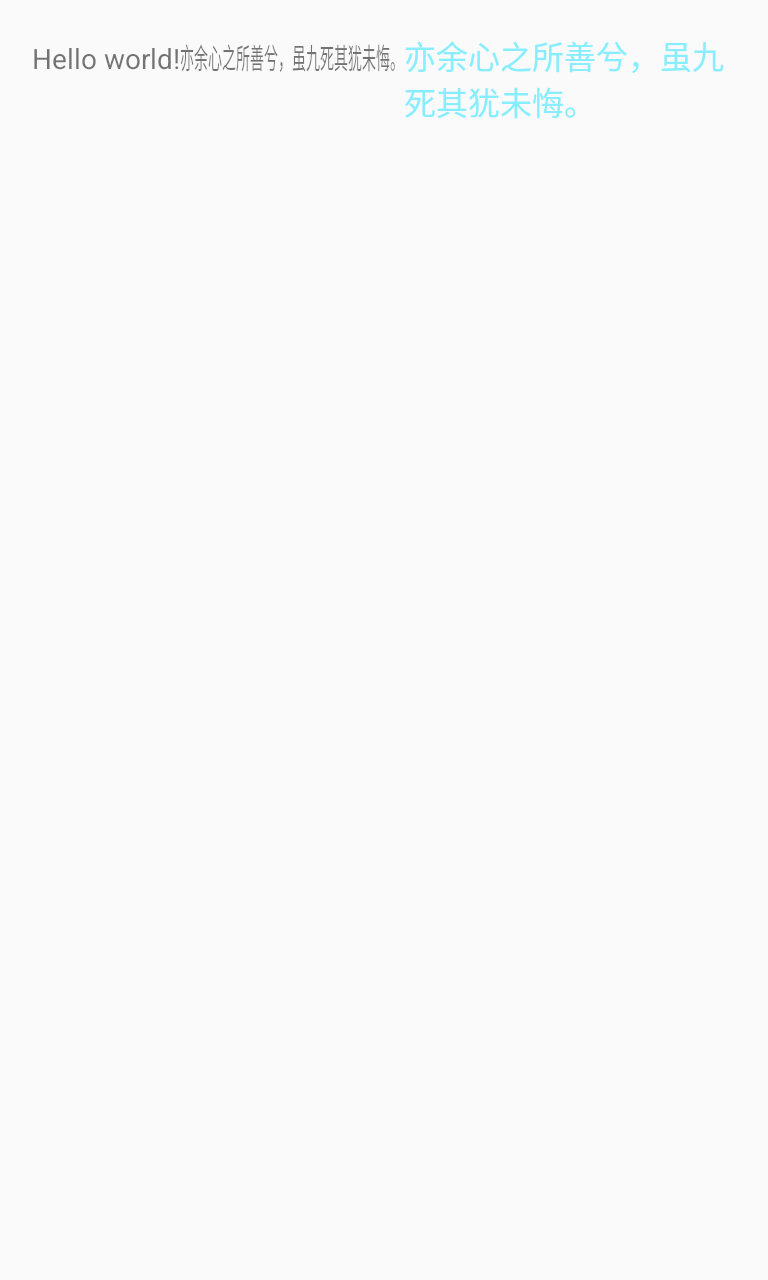
Repository: duhei/cici
Layout: GitHubFrist/res/layout/activity_main.xml
The author's editor kept a copy of each file at every save. The layout is drawn from the files as they stood at one save, then again after the next save.
It is drawn on a 768 x 1280 px phone screen (xhdpi) without system bars, with theme AppTheme; the app's code is not run.

Above is the layout before, as saved 2015-07-10 07:31:55.

After the next save:
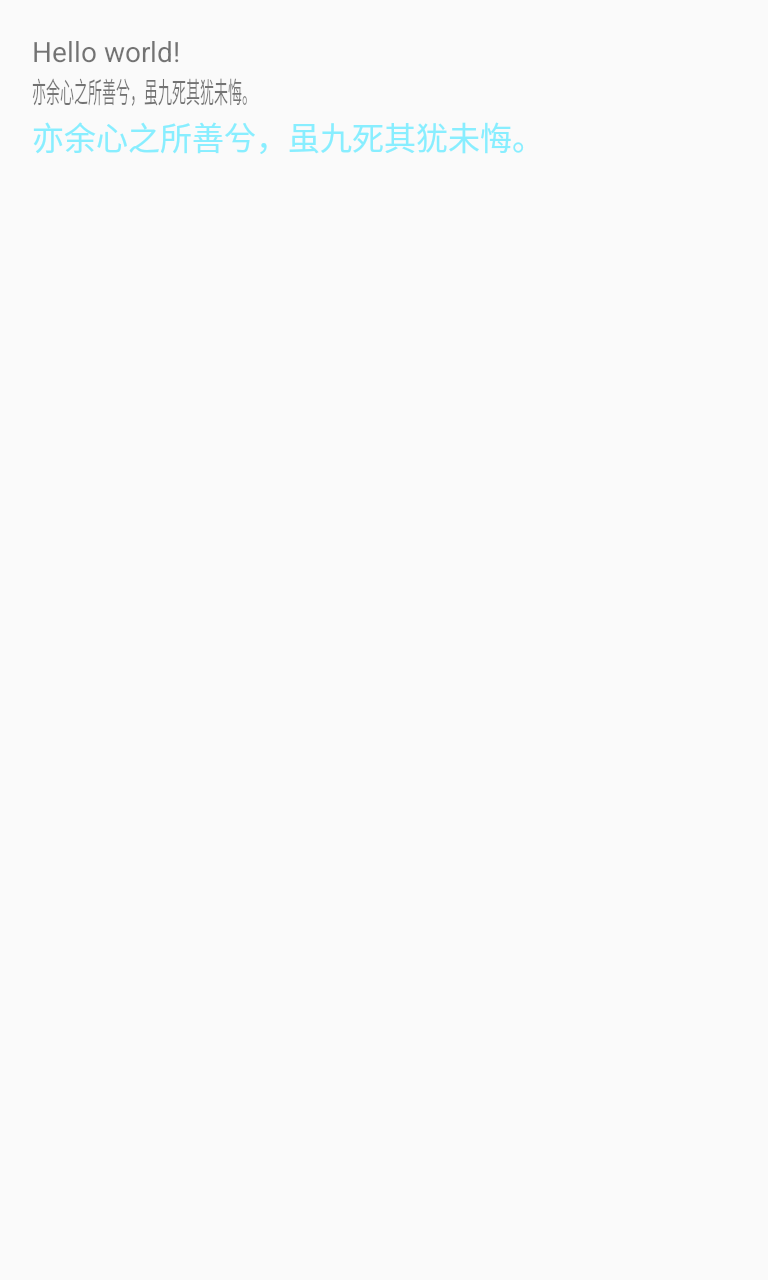
Saved 15 s later.
--- a/GitHubFrist/res/layout/activity_main.xml
+++ b/GitHubFrist/res/layout/activity_main.xml
@@ -6,7 +6,9 @@
     android:paddingLeft="@dimen/activity_horizontal_margin"
     android:paddingRight="@dimen/activity_horizontal_margin"
     android:paddingTop="@dimen/activity_vertical_margin"
-    tools:context="com.mylove.githubfrist.MainActivity" >
+    tools:context="com.mylove.githubfrist.MainActivity"
+    android:orientation="vertical"
+    >
 
     <TextView
         android:layout_width="wrap_content"
